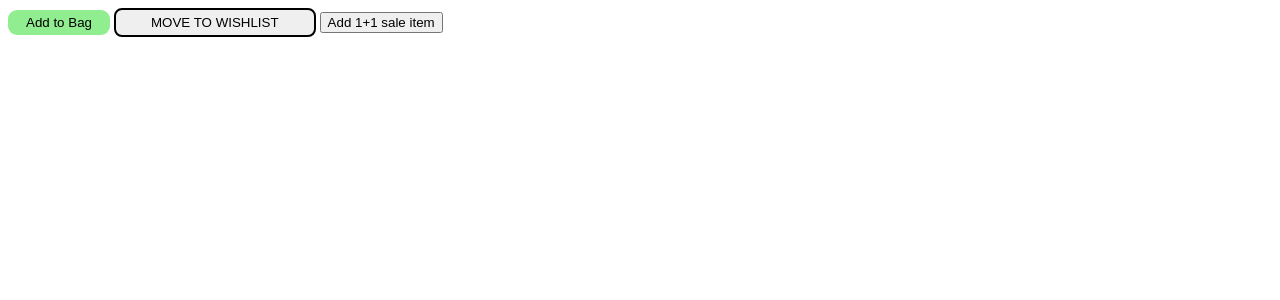
Repository: nihalani20/Learning-Js
Page: practice_set2/index.html
These files come from the project's save history. The page is drawn as it stood at one moment and after the next save; the edit follows.
The browser window is 1280 px wide. The pictures show the whole page.

Above is the page before, as saved 2023-12-09 12:28:25.

After the next save:
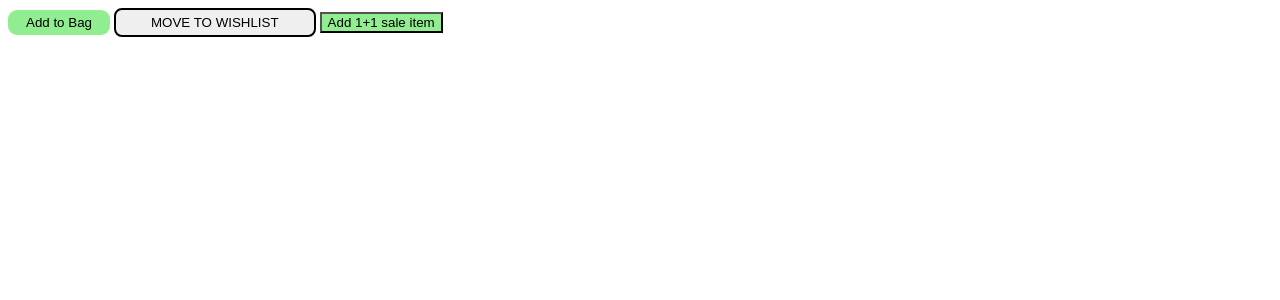
Saved 4 s later.
--- a/practice_set2/style.css
+++ b/practice_set2/style.css
@@ -13,5 +13,5 @@
 }
 
 .item{
-  background-color:ligh
+  background-color:lightgreen;
 }
